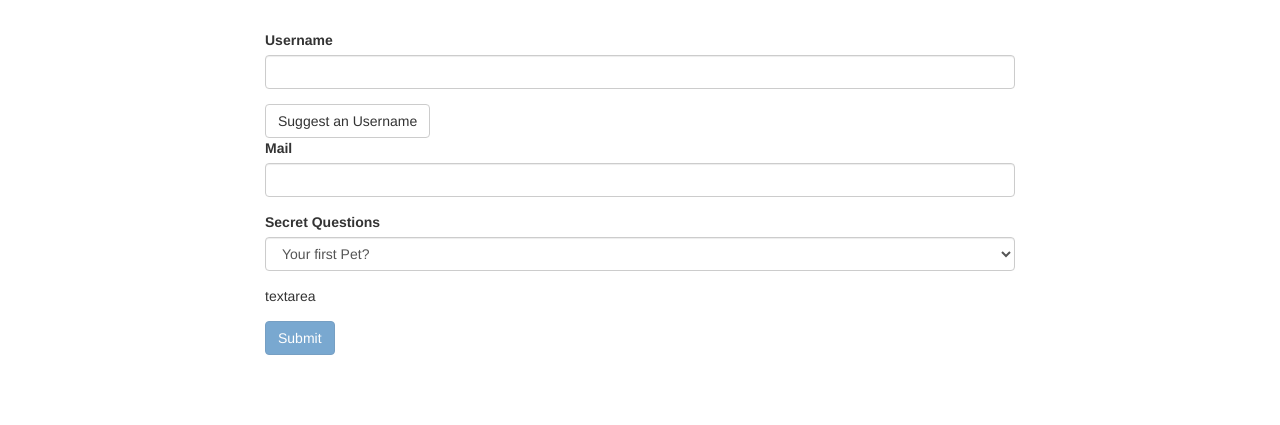
Repository: NikitasX/AngularCourse
Page: / (app in forms-start/)
An editor plug-in stored every save of this project. The page is shown before and after the next save, followed by the edit.
The browser window is 1280 px wide. The pictures show the whole page.
The project was rebuilt for these pictures with package versions that can differ from the ones it lists, and the page was loaded fresh each time. Also part of the build but not shown: forms-start/angular.json.

Above is the page before, as saved 2020-09-25 15:45:11.

### forms-start/src/app/app.component.ts
import { Component, ViewChild } from '@angular/core';
import { NgForm } from '@angular/forms';

@Component({
  selector: 'app-root',
  templateUrl: './app.component.html',
  styleUrls: ['./app.component.css']
})
export class AppComponent {
@ViewChild('f') signupForm:NgForm;
defaultQuestion = 'pet';

  suggestUserName() {
    const suggestedName = 'Superuser';
  }

  // onSubmit(form: NgForm) {
  //   console.log(form);
  // }

  onSubmit() {
    console.log(this.signupForm);
  }
}

### forms-start/src/app/app.component.html
<div class="container">
  <div class="row">
    <div class="col-xs-12 col-sm-10 col-md-8 col-sm-offset-1 col-md-offset-2">
      <form (ngSubmit)="onSubmit()" #f="ngForm">
        <div id="user-data">
          <div class="form-group">
            <label for="username">Username</label>
            <input
              type="text"
              id="username"
              class="form-control"
              ngModel
              name="username"
              required>
          </div>
          <button class="btn btn-default" type="button">Suggest an Username</button>
          <div class="form-group">
            <label for="email">Mail</label>
            <input
              type="email"
              id="email"
              class="form-control"
              ngModel
              name="email"
              required
              email
              #email="ngModel">
             <span
              class="help-block"
              *ngIf="!email.valid && email.touched">
                Please enter a valid email!
              </span>
          </div>
        </div>
        <div class="form-group">
          <label for="secret">Secret Questions</label>
          <select
            id="secret"
            class="form-control"
            [ngModel]="defaultQuestion"
            name="secret">
            <option value="pet">Your first Pet?</option>
            <option value="teacher">Your first teacher?</option>
          </select>
        </div>
        <div class="form-group">
          textarea
        </div>
        <button
          class="btn btn-primary"
          type="submit"
          [disabled]="!f.valid">Submit</button>
      </form>
    </div>
  </div>
</div>

Loaded but not shown: forms-start/src/index.html (common file); forms-start/src/styles.css (common file); forms-start/src/main.ts (common file); forms-start/src/app/app.module.ts (common file); forms-start/src/environments/environment.ts (common file); forms-start/src/app/app.component.css (common file)

After the next save:
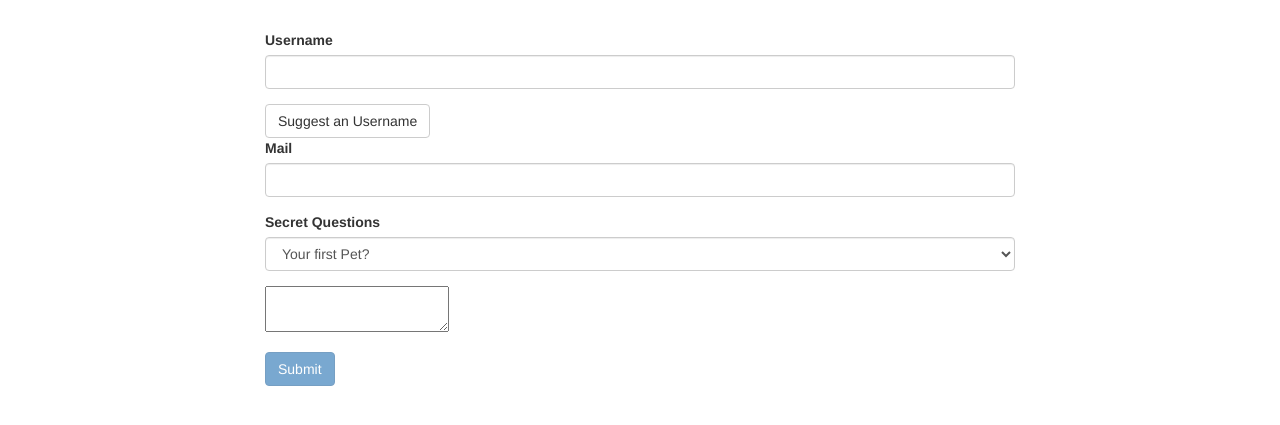
Saved 5 s later.
--- a/forms-start/src/app/app.component.html
+++ b/forms-start/src/app/app.component.html
@@ -44,7 +44,7 @@
           </select>
         </div>
         <div class="form-group">
-          textarea
+          <textarea></textarea>
         </div>
         <button
           class="btn btn-primary"
